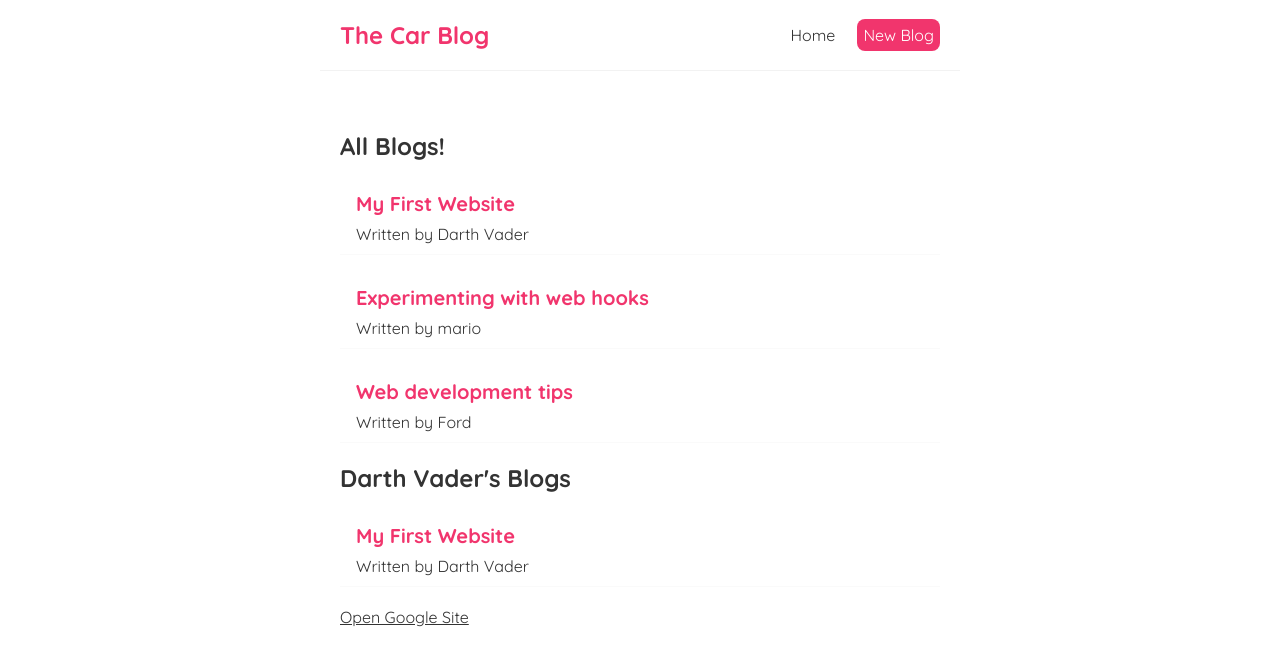
Repository: anuragkej/blogster
Page: /
These files come from the project's save history. The page is drawn as it stood at one moment and after the next save; the edit follows.
The browser window is 1280 px wide. The pictures show the whole page.
The project was rebuilt for these pictures with package versions that can differ from the ones it lists, and the page was loaded fresh each time.

Above is the page before, as saved 2024-08-29 17:55:14.

### src/index.css
@import url("https://fonts.googleapis.com/css2?family=Quicksand:wght@300;400;500;600;700&display=swap");

* {
  margin: 0;
  font-family: "Quicksand";
  color: #333;
}
.navbar {
  padding: 20px;
  display: flex;
  align-items: center;
  max-width: 600px;
  margin: 0 auto;
  border-bottom: 1px solid #f2f2f2;
}
.navbar h1 {
  color: #f1356d;
}
.navbar .links {
  margin-left: auto;
}
.navbar a {
  margin-left: 16px;
  text-decoration: none;
  padding: 6px;
}
.navbar a:hover {
  color: #f1356d;
}
.content {
  max-width: 600px;
  margin: 40px auto;
  padding: 20px;
}
/* blog previews / list */
.blog-preview {
  padding: 10px 16px;
  margin: 20px 0;
  border-bottom: 1px solid #fafafa;
}
.blog-preview:hover {
  box-shadow: 1px 3px 5px rgba(0, 0, 0, 0.1);
}
.blog-preview h2 {
  font-size: 20px;
  color: #f1356d;
  margin-bottom: 8px;
}

### src/App.js
import Navbar from "./Navbar";
import Home from "./Home";

function App() {
  const title = "Welcome to Blogster";
  const likes = 50;
  const link = "http://www.google.com";

  // react converts everything to string before outputting to browser, so don't need to worry about typecasting

  return (
    <div className="App">
      <Navbar></Navbar>
      <div className="content">
        <Home />

        <a href={link}>Open Google Site</a>
      </div>
    </div>
  );
}

export default App;

### src/Navbar.js
const Navbar = () => {
  return (
    <nav className="navbar">
      <h1>The Car Blog</h1>
      <div className="links">
        <a href="/">Home</a>
        <a
          href="/create"
          style={{
            color: "white",
            backgroundColor: "#f1356d",
            borderRadius: "8px",
          }}
        >
          New Blog
        </a>
      </div>
    </nav>
  );
};

export default Navbar;

### src/Home.js
import { useState } from "react";
import BlogList from "./BlogList";

const Home = () => {
  const [blogs, setBlogs] = useState([
    {
      title: "My First Website",
      body: "Developing website with react.",
      author: "Darth Vader",
      id: 1,
    },
    {
      title: "Experimenting with web hooks",
      body: "sample text",
      author: "mario",
      id: 2,
    },
    {
      title: "Web development tips",
      body: "Porsche 911 v. Lamborghini Huracan",
      author: "Ford",
      id: 3,
    },
  ]);

  return (
    <div className="home">
      {/* blos={blogs} is a prop */}
      <BlogList blogs={blogs} title="All Blogs!" />
      <BlogList
        blogs={blogs.filter((blogs) => blogs.author === "Darth Vader")}
        title="Darth Vader's Blogs"
      />
    </div>
  );
};

export default Home;

### src/BlogList.js
const BlogList = (props) => {
  const blogs = props.blogs;
  const title = props.title;

  return (
    <div className="blog-list">
      <h2>{title}</h2>
      {blogs.map((blog) => (
        <div className="blog-preview" key={blog.id}>
          <h2>{blog.title}</h2>
          <p>Written by {blog.author}</p>
        </div>
      ))}
    </div>
  );
};

export default BlogList;

Loaded but not shown: public/index.html (common file); src/index.js (common file)

After the next save:
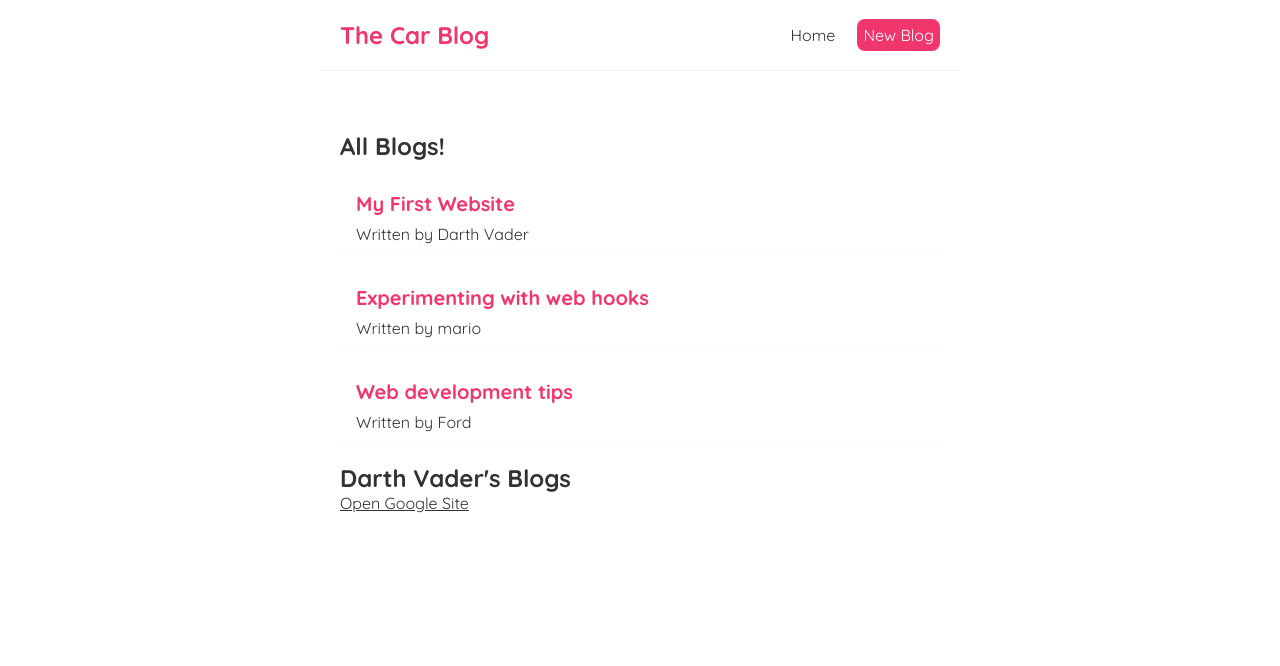
Saved 16 s later.
--- a/src/Home.js
+++ b/src/Home.js
@@ -28,7 +28,7 @@
       {/* blos={blogs} is a prop */}
       <BlogList blogs={blogs} title="All Blogs!" />
       <BlogList
-        blogs={blogs.filter((blogs) => blogs.author === "Darth Vader")}
+        blogs={blogs.filter((blog) => blogs.author === "Darth Vader")}
         title="Darth Vader's Blogs"
       />
     </div>

After the save that followed:
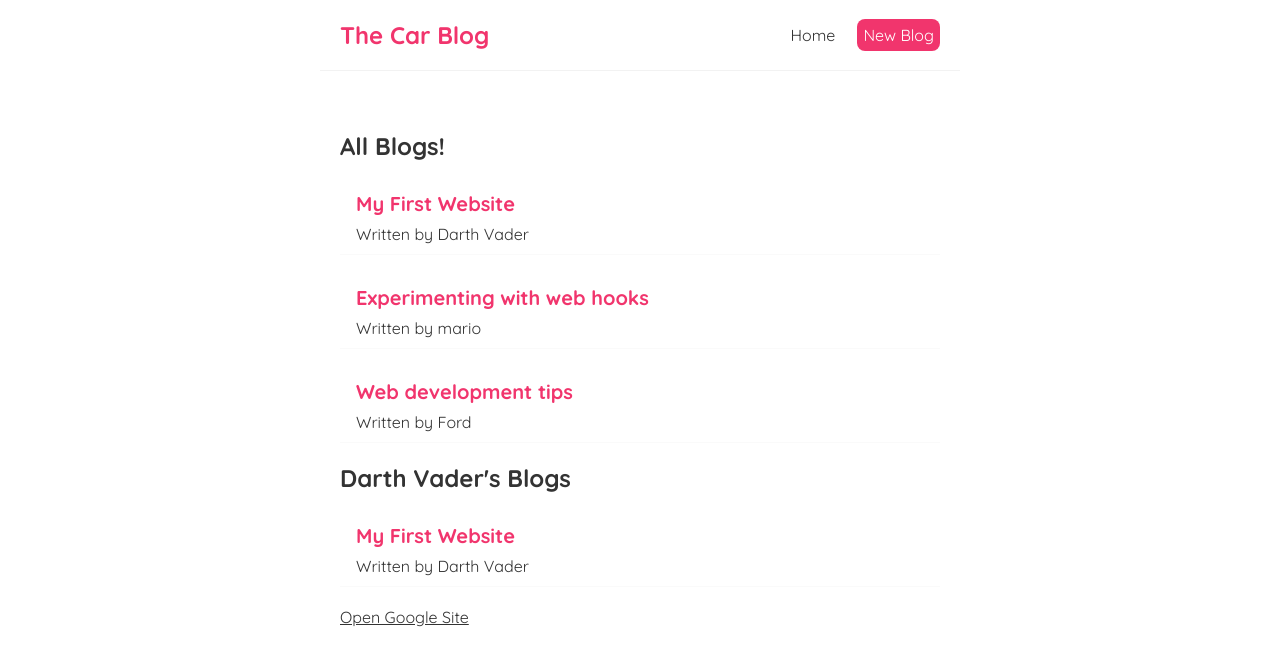
Saved 9 s later.
--- a/src/Home.js
+++ b/src/Home.js
@@ -28,7 +28,7 @@
       {/* blos={blogs} is a prop */}
       <BlogList blogs={blogs} title="All Blogs!" />
       <BlogList
-        blogs={blogs.filter((blog) => blogs.author === "Darth Vader")}
+        blogs={blogs.filter((blog) => blog.author === "Darth Vader")}
         title="Darth Vader's Blogs"
       />
     </div>
